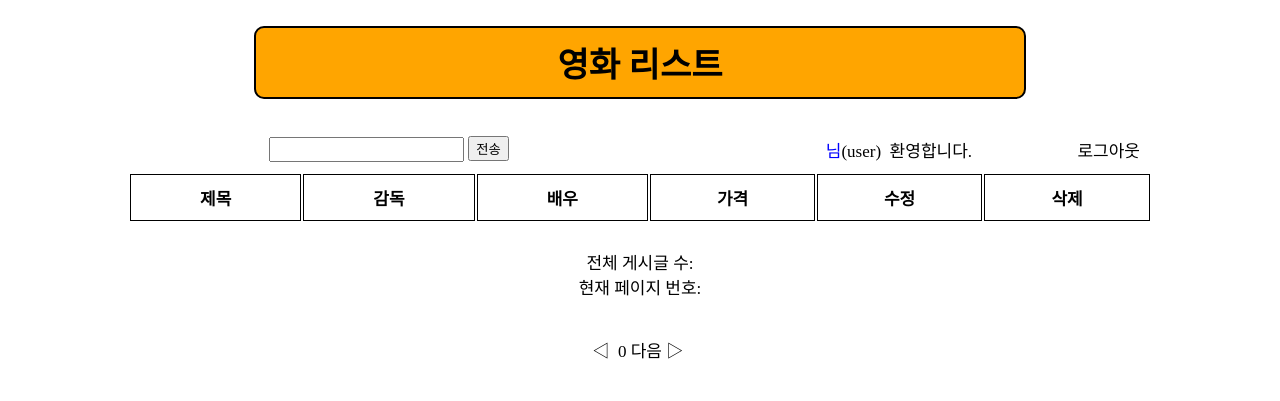
Repository: EverythingOfC/movie
Page: http://localhost/movie/movie/list.jsp
The author's editor kept a copy of each file at every save. The page is drawn from the files as they stood at one save, then again after the next save.
The browser window is 1280 px wide. The pictures show the whole page.
The page is served by Tomcat 9. Nobody is signed in. The application's start-up code is not run. Other server files are loaded and not shown. The template is opened directly, without the code that normally fills it, so the values that code supplies are empty.

Above is the page before, as saved 2023-01-03 09:47:16.

### movie/src/main/webapp/movie/list.jsp
<%@ page language="java" contentType="text/html; charset=UTF-8"
	pageEncoding="UTF-8"%>
<%@ taglib prefix="c" uri="http://java.sun.com/jsp/jstl/core"%>
<!DOCTYPE html>
<html>
<head>
<meta charset="UTF-8">
<title>Insert title here</title>
<link rel="stylesheet" type="text/css" href="../css/movie.css">
</head>
<body>

	<div class="title">
		<h1>영화 리스트</h1>
	</div>

	<div class="main">
		<table>

			<tr>
				<td colspan="3" style="border:0; text-align:center;">
				<form action="ms" method="get">
					<input type="text" name="search" style="padding:3px 7px;">
					<input type="submit" value="전송" padding:3px 7px;>
				</form>
				</td>
				<td colspan="2" style="border:0; text-align:right;">
				<c:choose>
					<c:when test="${member.auth eq '1' }">
					<span style="color:red">${member.name}님</span>(admin)
					</c:when>
					<c:otherwise>
					<span style="color:blue">${member.name}님</span>(user)
					</c:otherwise>
				</c:choose>&nbsp;환영합니다.
				</td>
				<td style="border: 0; text-align: right; margin-top: 2vw;">

					<c:if test="${member.auth eq '1' }"><!-- 관리자인 경우에만 -->
					<a href="ms?command=insertForm">영화등록</a>&nbsp;&nbsp;
					</c:if>
					<a href="ms?command=loginForm">로그아웃</a>
				</td>
			</tr>

			<tr>
				<th>제목</th>
				<th>감독</th>
				<th>배우</th>
				<th>가격</th>
				<th>수정</th>
				<th>삭제</th>
			</tr>

			<c:forEach var="movie" items="${movies }">
				<tr>
					<td><a style="color:red;" href="ms?command=view&code=${movie.code}">${movie.title }</a></td>
					<td>${movie.director }</td>
					<td>${movie.actor }</td>
					<td>${movie.price }</td>


					<c:choose>
						<c:when test="${member.auth eq '1' }">	<!-- 관리자인 경우 -->
							<td><a href="ms?command=updateForm&code=${movie.code}">정보
									수정</a></td>
							<td><a href="ms?command=delete&code=${movie.code }">정보
									삭제</a></td>
						</c:when>
						<c:otherwise>
							<td>사용자는 수정불가</td>
							<td>사용자는 삭제불가</td>
						</c:otherwise>

					</c:choose>

				</tr>
			</c:forEach>
		</table>
	</div>

	<div class="page">

		<c:set var="page" value="${paging.getCurrentPage() }"/> <!--  현재 페이지 -->
		<c:set var="beginPage" value="${paging.getBeginPage() }"/>
		<c:set var="endPage" value="${paging.getEndPage() }"/>
		<c:set var="totalPage" value="${paging.getTotalPage() }"/>
		<c:set var="url" value="${url }"/>
		<c:set var="displayPage" value="${paging.getDisplayPage() }"/>


		<p>전체 게시글 수: <span style="color:red">${paging.getTotalCount() }</span></p>
		<p>현재 페이지 번호: <span style="color:red">${page }</span></p>
	</div>


	<div class="pagination">


	<!--  처음으로  -->
	<c:if test="${page == 1}">
		<span> ◁&nbsp; </span>
	</c:if>

	<c:if test="${page != 1 }">
		<a href="${url}&page=1">
		<span> ◁&nbsp; </span>
		</a>
	</c:if>

	<!--  이전으로 -->
		<c:if test="${ page<=1 }">
				<span>이전</span>
		</c:if>
		<c:if test="${ page>1 }">
			<a href="${url }&page=${page-1}">이전</a>
		</c:if>

		<!--  넘버링 부분 -->
		<c:forEach var="item" varStatus = "status" begin="${beginPage }" end="${endPage }" step = "1">

		<c:if test="${page == item }">	<!--  현재 페이지는 클릭 못함 -->
			<span style="font-size:16px; color:red">${item }</span>
		</c:if>

		<c:if test="${page != item }">  <!--  현재 페이지가 아니면 클릭 가능 -->
			<a href="${url }&page=${item}">${item }</a>
		</c:if>

		</c:forEach>


		<!--  다음으로 -->
		<c:if test="${ page>=totalPage }">
				<span>다음</span>
		</c:if>
		<c:if test="${ page<totalPage }">
			<a href="${url }&page=${page+1}">다음</a>
		</c:if>

	<!-- 마지막으로  -->
	<c:if test="${page == totalPage }">
		<span> ▷&nbsp; </span>
	</c:if>
	<c:if test="${page != totalPage }">
		<a href="${url}&page=${totalPage}">
		<span> ▷&nbsp; </span>
		</a>
	</c:if>
	</div>
</body>
</html>

### movie/src/main/webapp/css/movie.css
@charset "UTF-8";

*{
	margin: 0 auto;
}
body{
	font-size:17px;
}
img{
	border:0;
}
a{
	text-decoration:none;
	color:black;
}
a:hover{
	font-weight:bold;
}
li{
	list-style: none;
}

.title{
	margin:2vw auto;
	text-align:center;
	border:2px solid black;
	border-radius:10px;
	background:orange;
	width:60%;
	padding:10px 0;
}
.main table{
	width:80%;
}
.main td,.main th{
	padding:10px;
	border:1px solid black;
	border-collapse: collapse;
}

.insert table td{
	text-align:center;
}
.insert table td input, .i_button input, .insert table td img{
	padding:8px 15px;
	font-weight:bold;
	font-size:14px;
}
.insert table{
	width:50%;
	font-size:17px;
}
.insert td,.insert th{
	padding:8px;
	border:1px solid black;
	border-collapse: collapse;
}
.i_button{
	margin-top:1vw;
	width:50%;
	text-align:center;
}


.login table td{
	text-align:center;
}
.login table td input, .l_button input{
	padding:11px 15px;
	font-weight:bold;
	font-size:14px;
}
.login table{
	width:50%;
	font-size:17px;
}
.login td,.login th{
	padding:8px;
	border:1px solid black;
	border-collapse: collapse;
}
.l_button{
	margin-top:2vw;
	width:50%;
	text-align:center;
}



.sign table td{
	text-align:center;
}

.sign table td label{
	display:inline-block;
	padding:8px 15px;
	font-size:14px;
 }
.sign table td input, .s_button input{
	padding:8px 15px;
	font-weight:bold;
	font-size:14px;
}
.sign table{
	width:50%;
	font-size:17px;
}
.sign td,.sign th{
	padding:8px;
	border:1px solid black;
	border-collapse: collapse;
}
.s_button{
	margin-top:2vw;
	width:50%;
	text-align:center;
}


.update table td{
	text-align:center;
}
.update table td input, .u_button input, .update table td img{
	padding:8px 15px;
	font-weight:bold;
	font-size:14px;
}
.update table{
	width:50%;
	font-size:17px;
}
.update td,.update th{
	padding:8px;
	border:1px solid black;
	border-collapse: collapse;
}
.u_button{
	margin-top:1vw;
	width:50%;
	text-align:center;
}


.view table td{
	text-align:center;
}
.view table td input, .v_button input, .view table td img{
	padding:8px 15px;
	font-weight:bold;
	font-size:14px;
}
.view table{
	width:50%;
	font-size:17px;
}
.view td,.view th{
	padding:8px;
	border:1px solid black;
	border-collapse: collapse;
}
.v_button{
	margin-top:1vw;
	width:50%;
	text-align:center;
}

.page,.pagination{
	width:70%;
	margin-top:2vw;
	text-align:center;
}
.pagination{
	margin-top:3vw;
}

After the next save:
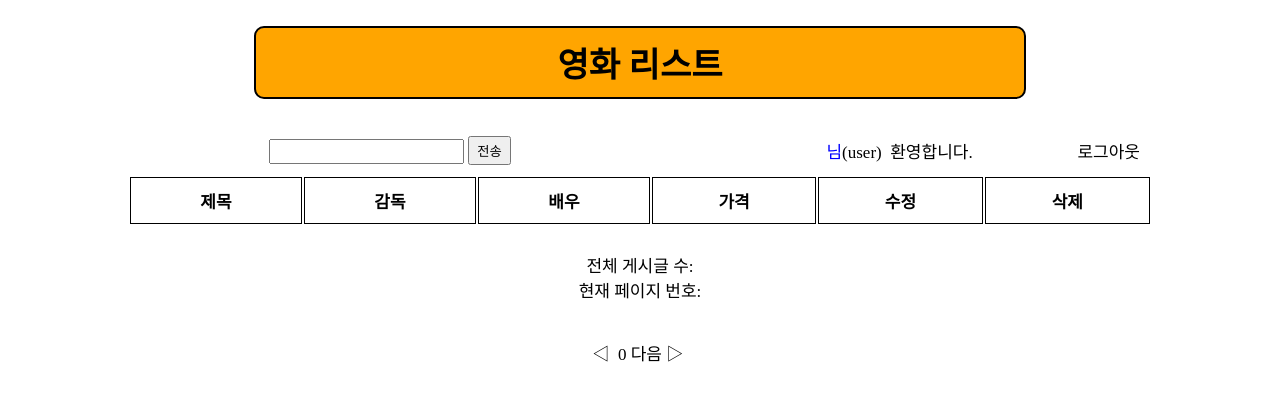
Saved 6 s later.
--- a/movie/src/main/webapp/movie/list.jsp
+++ b/movie/src/main/webapp/movie/list.jsp
@@ -21,7 +21,7 @@
 				<td colspan="3" style="border:0; text-align:center;">
 				<form action="ms" method="get">
 					<input type="text" name="search" style="padding:3px 7px;">
-					<input type="submit" value="전송" padding:3px 7px;>
+					<input type="submit" value="전송" style="padding:3px 7px;">
 				</form>
 				</td>
 				<td colspan="2" style="border:0; text-align:right;">
